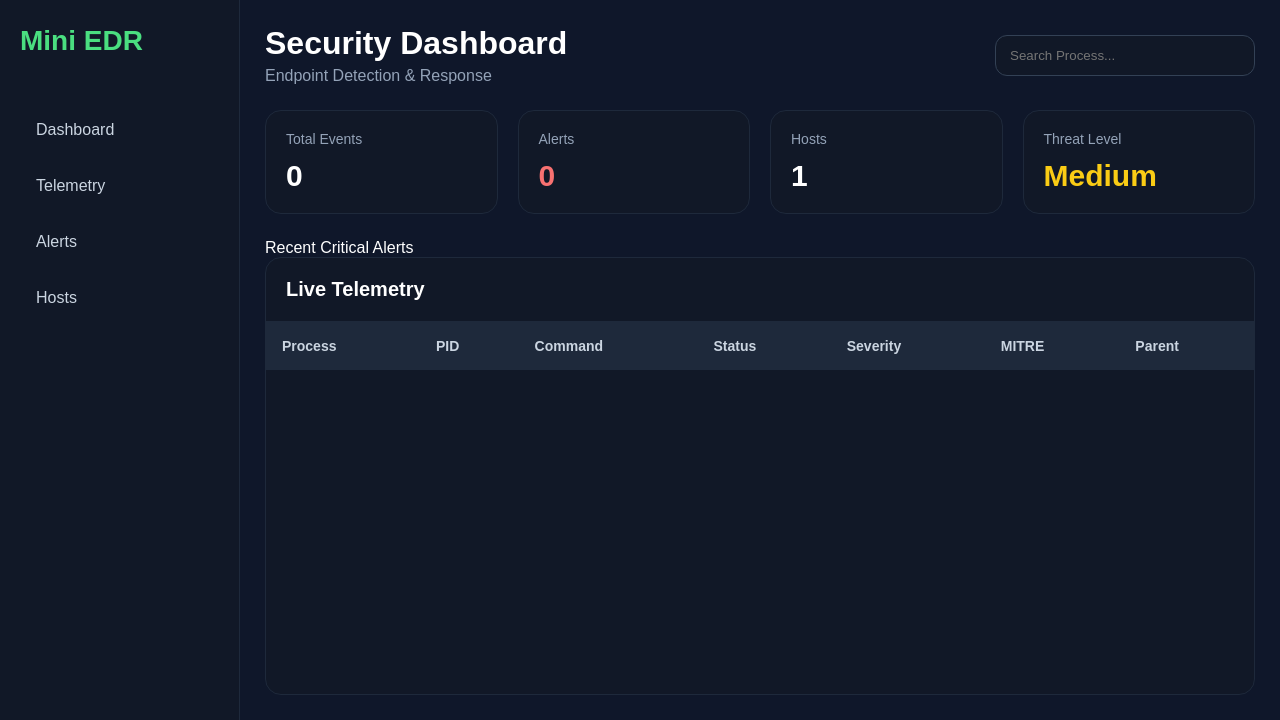
Repository: Mohitkumar1322/ShadowOne-EDR
Page: / (app in mini-edr/dashboard/)
These files come from the project's save history. The page is drawn as it stood at one moment and after the next save; the edit follows.
The browser window is 1280 px wide. The pictures show the whole page.
The page's requests for data from a server got no answer. The project was rebuilt for these pictures with package versions that can differ from the ones it lists, and the page was loaded fresh each time. No one was signed in, and anything a server would have sent is missing.

Above is the page before, as saved 2026-05-27 12:03:23.

### mini-edr/dashboard/src/App.js
import { useEffect, useState } from "react";
import axios from "axios";

import "./styles.css";

function App() {
  const [events, setEvents] = useState([]);
  const [search, setSearch] = useState("");

  useEffect(() => {
    fetchTelemetry();

    const interval = setInterval(() => {
      fetchTelemetry();
    }, 5000);

    return () => clearInterval(interval);
  }, []);

  const fetchTelemetry = async () => {
    try {
      const response = await axios.get("http://127.0.0.1:8000/telemetry");

      setEvents(response.data);
    } catch (error) {
      console.log(error);
    }
  };

  const filteredEvents = events.filter((event) =>
    event.process_name?.toLowerCase().includes(search.toLowerCase()),
  );

  const alertCount = events.filter((event) => event.alert).length;
  const alerts = events.filter((event) => event.alert);

  return (
    <div className="app">
      {/* SIDEBAR */}

      <div className="sidebar">
        <div className="logo">Mini EDR</div>

        <div className="sidebar-menu">
          <div className="sidebar-item">Dashboard</div>

          <div className="sidebar-item">Telemetry</div>

          <div className="sidebar-item">Alerts</div>

          <div className="sidebar-item">Hosts</div>
        </div>
      </div>

      {/* MAIN */}

      <div className="main">
        {/* TOPBAR */}

        <div className="topbar">
          <div className="dashboard-title">
            <h1>Security Dashboard</h1>

            <p>Endpoint Detection & Response</p>
          </div>

          <input
            type="text"
            placeholder="Search Process..."
            className="search-box"
            value={search}
            onChange={(e) => setSearch(e.target.value)}
          />
        </div>

        {/* STATS */}

        <div className="stats-grid">
          <div className="stat-card">
            <div className="stat-title">Total Events</div>

            <div className="stat-value">{events.length}</div>
          </div>

          <div className="stat-card">
            <div className="stat-title">Alerts</div>

            <div className="stat-value" style={{ color: "#f87171" }}>
              {alertCount}
            </div>
          </div>

          <div className="stat-card">
            <div className="stat-title">Hosts</div>

            <div className="stat-value">1</div>
          </div>

          <div className="stat-card">
            <div className="stat-title">Threat Level</div>

            <div className="stat-value" style={{ color: "#facc15" }}>
              Medium
            </div>
          </div>
        </div>

        {/* TABLE */}
        {/* ALERT PANEL */}

        <div className="alerts-section">
          <div className="alerts-title">Recent Critical Alerts</div>

          <div className="alerts-grid">
            {alerts
              .slice()
              .reverse()
              .slice(0, 4)
              .map((alert, index) => (
                <div className="alert-card" key={index}>
                  <div className="alert-header">
                    <div className="alert-name">{alert.alert}</div>

                    <div className={`severity ${alert.severity}`}>
                      {alert.severity}
                    </div>
                  </div>

                  <div className="alert-process">
                    <strong>Process:</strong> {alert.process_name}
                  </div>

                  <div className="alert-process">
                    <strong>Parent:</strong> {alert.parent_process}
                  </div>

                  <div className="mitre-tag">MITRE: {alert.mitre}</div>
                </div>
              ))}
          </div>
        </div>

        <div className="table-container">
          <div className="table-header">Live Telemetry</div>

          <div className="table-scroll">
            <table>
              <thead>
                <tr>
                  <th>Process</th>
                  <th>PID</th>
                  <th>Command</th>
                  <th>Status</th>
                  <th>Severity</th>
                  <th>MITRE</th>
                  <th>Parent</th>
                </tr>
              </thead>

              <tbody>
                {filteredEvents
                  .slice()
                  .reverse()
                  .map((event, index) => (
                    <tr key={index}>
                      <td>{event.process_name}</td>

                      <td>{event.pid}</td>

                      <td className="command">{event.cmdline}</td>

                      <td>
                        {event.alert ? (
                          <span className="alert">{event.alert}</span>
                        ) : (
                          <span className="safe">SAFE</span>
                        )}
                      </td>

                      <td>
                        {event.severity ? (
                          <span
                            style={{
                              color:
                                event.severity === "critical"
                                  ? "red"
                                  : event.severity === "high"
                                    ? "orange"
                                    : "yellow",
                            }}
                          >
                            {event.severity}
                          </span>
                        ) : (
                          "-"
                        )}
                      </td>

                      <td>{event.mitre || "-"}</td>
                      <td>{event.parent_process}</td>
                    </tr>
                  ))}
              </tbody>
            </table>
          </div>
        </div>
      </div>
    </div>
  );
}

export default App;

### mini-edr/dashboard/src/styles.css
* {
  margin: 0;
  padding: 0;
  box-sizing: border-box;
}

body {
  background-color: #0f172a;
  color: white;
  font-family: Arial, sans-serif;
  overflow: hidden;
}

.app {
  display: flex;
  height: 100vh;
  width: 100vw;
}

/* SIDEBAR */

.sidebar {
  width: 240px;
  background-color: #111827;
  border-right: 1px solid #1e293b;
  padding: 25px 20px;
  display: flex;
  flex-direction: column;
  justify-content: flex-start;
}

.logo {
  font-size: 28px;
  font-weight: bold;
  color: #4ade80;
  margin-bottom: 50px;
}

.sidebar-menu {
  display: flex;
  flex-direction: column;
  gap: 10px;
}

.sidebar-item {
  padding: 14px 16px;
  border-radius: 10px;
  cursor: pointer;
  color: #cbd5e1;
  transition: 0.3s;
}

.sidebar-item:hover {
  background-color: #1e293b;
  color: #4ade80;
}

/* MAIN */

.main {
  flex: 1;
  padding: 25px;
  display: flex;
  flex-direction: column;
  overflow: hidden;
}

/* TOPBAR */

.topbar {
  display: flex;
  justify-content: space-between;
  align-items: center;
  margin-bottom: 25px;
}

.dashboard-title h1 {
  font-size: 32px;
  margin-bottom: 5px;
}

.dashboard-title p {
  color: #94a3b8;
}

.search-box {
  padding: 12px 14px;
  width: 260px;
  background-color: #111827;
  border: 1px solid #334155;
  border-radius: 12px;
  color: white;
  outline: none;
}

/* STATS */

.stats-grid {
  display: grid;
  grid-template-columns: repeat(4, 1fr);
  gap: 20px;
  margin-bottom: 25px;
}

.stat-card {
  background-color: #111827;
  border: 1px solid #1e293b;
  padding: 20px;
  border-radius: 16px;
}

.stat-title {
  color: #94a3b8;
  margin-bottom: 12px;
  font-size: 14px;
}

.stat-value {
  font-size: 30px;
  font-weight: bold;
}

/* TABLE SECTION */

.table-container {
  background-color: #111827;
  border: 1px solid #1e293b;
  border-radius: 16px;
  display: flex;
  flex-direction: column;
  flex: 1;
  overflow: hidden;
}

.table-header {
  padding: 20px;
  border-bottom: 1px solid #1e293b;
  font-size: 20px;
  font-weight: bold;
}

/* ONLY TABLE SCROLLS */

.table-scroll {
  overflow-y: auto;
  flex: 1;
}

/* CUSTOM SCROLLBAR */

.table-scroll::-webkit-scrollbar {
  width: 8px;
}

.table-scroll::-webkit-scrollbar-track {
  background: #111827;
}

.table-scroll::-webkit-scrollbar-thumb {
  background: #334155;
  border-radius: 20px;
}

/* TABLE */

table {
  width: 100%;
  border-collapse: collapse;
}

thead {
  background-color: #1e293b;
  position: sticky;
  top: 0;
}

th {
  text-align: left;
  padding: 16px;
  color: #cbd5e1;
  font-size: 14px;
}

td {
  padding: 16px;
  border-bottom: 1px solid #1e293b;
  font-size: 14px;
}

tr:hover {
  background-color: #1e293b;
}

.command {
  color: #94a3b8;
  max-width: 500px;
  overflow: hidden;
  text-overflow: ellipsis;
  white-space: nowrap;
}

/* STATUS */

.safe {
  background-color: rgba(34, 197, 94, 0.2);
  color: #4ade80;
  padding: 6px 14px;
  border-radius: 20px;
  font-size: 13px;
}

.alert {
  background-color: rgba(239, 68, 68, 0.2);
  color: #f87171;
  padding: 6px 14px;
  border-radius: 20px;
  font-size: 13px;
}

/* RESPONSIVE */

@media (max-width: 1100px) {

  .stats-grid {
    grid-template-columns: repeat(2, 1fr);
  }

}

@media (max-width: 768px) {

  .sidebar {
    display: none;
  }

  .stats-grid {
    grid-template-columns: 1fr;
  }

  .topbar {
    flex-direction: column;
    align-items: flex-start;
    gap: 15px;
  }

  .search-box {
    width: 100%;
  }

}

Loaded but not shown: mini-edr/dashboard/public/index.html (common file); mini-edr/dashboard/src/index.js (common file); mini-edr/dashboard/src/index.css (common file); mini-edr/dashboard/src/reportWebVitals.js (common file)

After the next save:
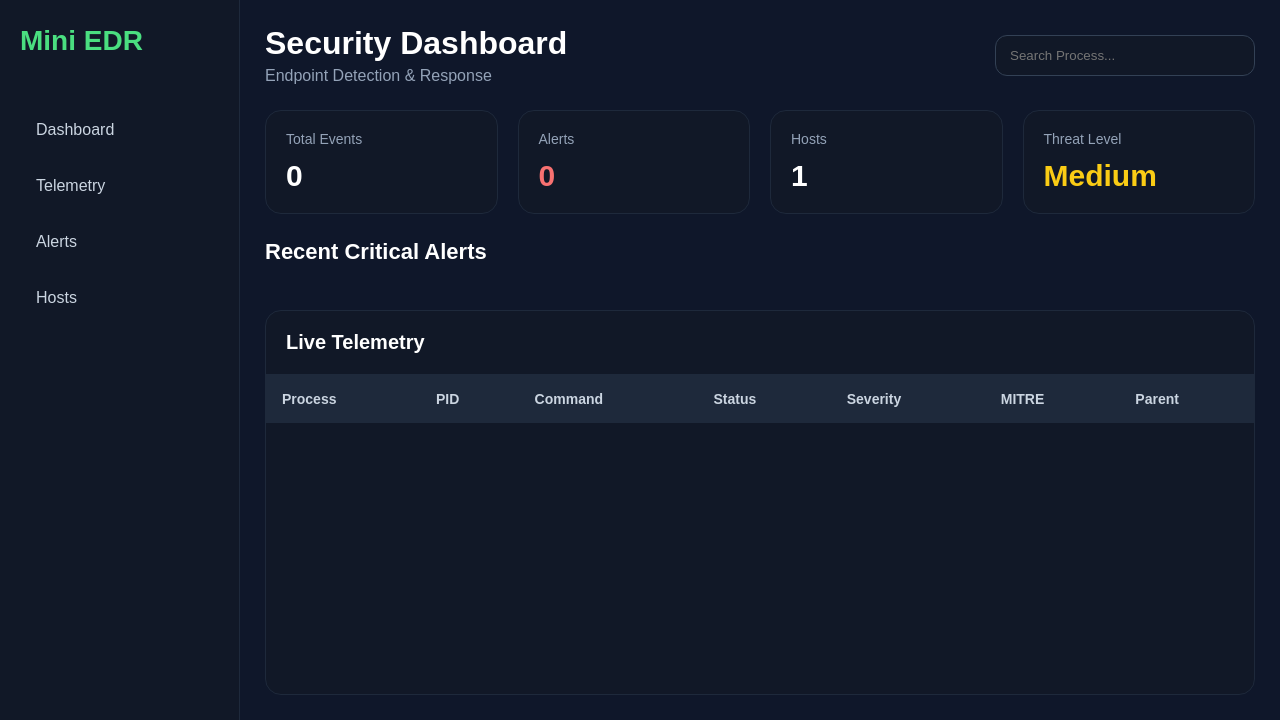
Saved 8 s later.
--- a/mini-edr/dashboard/src/styles.css
+++ b/mini-edr/dashboard/src/styles.css
@@ -248,3 +248,87 @@ tr:hover {
   }
 
 }
+
+/* ALERT SECTION */
+
+.alerts-section {
+  margin-bottom: 25px;
+}
+
+.alerts-title {
+  font-size: 22px;
+  font-weight: bold;
+  margin-bottom: 20px;
+}
+
+.alerts-grid {
+  display: grid;
+  grid-template-columns: repeat(auto-fit, minmax(260px, 1fr));
+  gap: 20px;
+}
+
+.alert-card {
+  background-color: #111827;
+  border: 1px solid rgba(239, 68, 68, 0.3);
+  border-radius: 18px;
+  padding: 20px;
+  transition: 0.3s;
+}
+
+.alert-card:hover {
+  transform: translateY(-3px);
+  border-color: rgba(239, 68, 68, 0.7);
+}
+
+.alert-header {
+  display: flex;
+  justify-content: space-between;
+  align-items: center;
+  margin-bottom: 15px;
+}
+
+.alert-name {
+  font-size: 18px;
+  font-weight: bold;
+  color: #f87171;
+}
+
+.alert-process {
+  color: #cbd5e1;
+  margin-bottom: 10px;
+  font-size: 14px;
+}
+
+.mitre-tag {
+  margin-top: 15px;
+  display: inline-block;
+  background-color: rgba(59, 130, 246, 0.2);
+  color: #60a5fa;
+  padding: 6px 12px;
+  border-radius: 20px;
+  font-size: 13px;
+}
+
+/* SEVERITY COLORS */
+
+.severity {
+  padding: 6px 12px;
+  border-radius: 20px;
+  font-size: 12px;
+  font-weight: bold;
+}
+
+.severity.critical {
+  background-color: rgba(239, 68, 68, 0.2);
+  color: red;
+}
+
+.severity.high {
+  background-color: rgba(249, 115, 22, 0.2);
+  color: orange;
+}
+
+.severity.medium {
+  background-color: rgba(250, 204, 21, 0.2);
+  color: yellow;
+}
